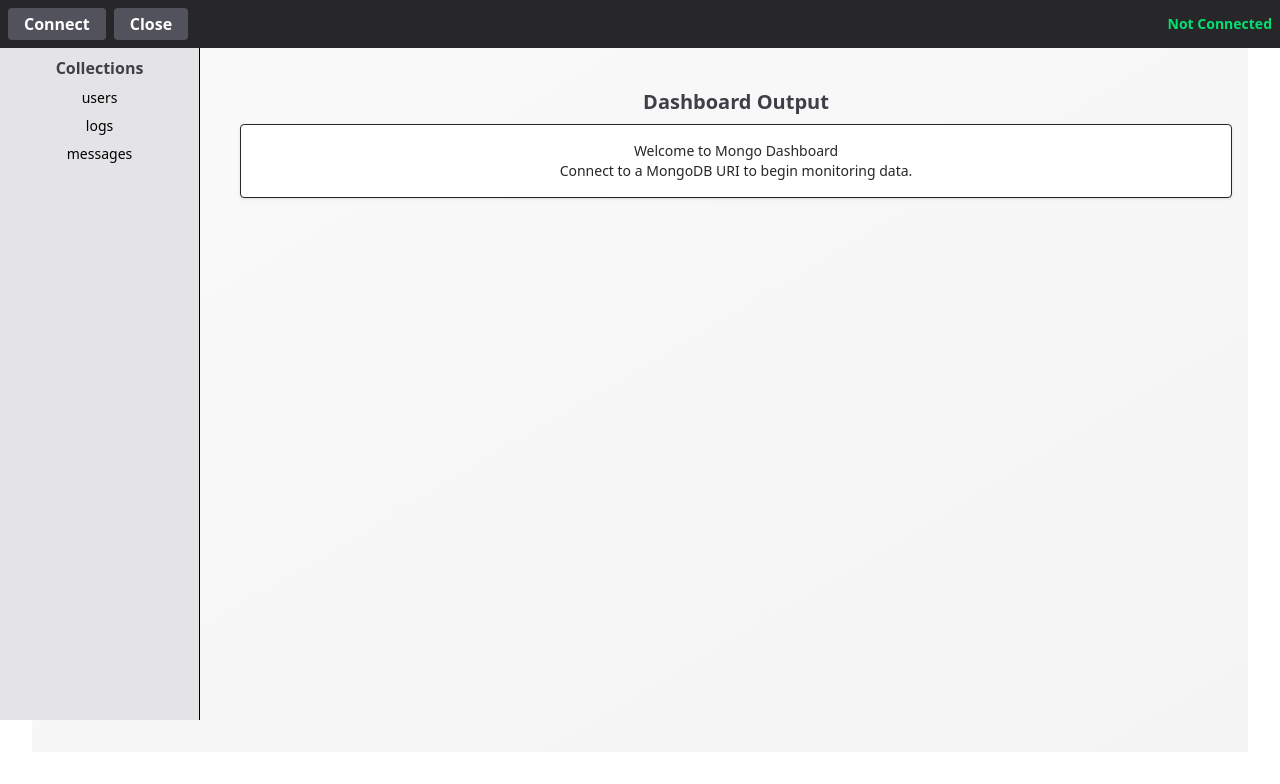
Repository: aryan151pratap/Dashboard
Page: / (app in frontened/)
The author's editor kept a copy of each file at every save. The page is drawn from the files as they stood at one save, then again after the next save.
The browser window is 1280 px wide. The pictures show the whole page.
The project was rebuilt for these pictures with package versions that can differ from the ones it lists, and the page was loaded fresh each time. Also part of the build but not shown: frontened/vite.config.js, frontened/src/component/connect.jsx.

Above is the page before, as saved 2025-06-24 13:50:49.

### frontened/index.html
<!doctype html>
<html lang="en">
  <head>
    <meta charset="UTF-8" />
    <link rel="icon" type="image/svg+xml" href="/vite.svg" />
    <meta name="viewport" content="width=device-width, initial-scale=1.0" />
    <title>Dashboard</title>
    <script src="https://cdn.jsdelivr.net/npm/@tailwindcss/browser@4"></script>

  </head>
  <body>
    <div id="root"></div>
    <script type="module" src="/src/main.jsx"></script>
  </body>
</html>

### frontened/src/App.jsx
import { useState } from 'react'
import './App.css'
import Dashboard from './component/dashboard'

function App() {

  return (
    <>
    <div className='h-screen w-full'>
      <Dashboard/>
    </div>
    </>
  )
}

export default App

### frontened/src/component/dashboard.jsx
import Bar from "./bar";

function Dashboard(){
	return(
		<>
		<div className="h-full w-full bg-gradient-to-br from-zinc-50 to-zinc-100">
			<Bar/>
		</div>
		</>
	)
}

export default Dashboard;

### frontened/src/component/bar.jsx
import { useState } from "react";
import Connect from "./connect";

function Bar() {
  const [buttons] = useState(["connect", "close"]);
  const [showModal, setShowModal] = useState(false);
  const [uri, setUri] = useState("");
  const [connected, setConnected] = useState(false);

  return (
    <div>
		{/* Top Navbar */}
		<div className="w-full fixed top-0 left-0 flex justify-between items-center p-2 bg-zinc-800 text-white z-10">
			<div className="flex gap-2">
			{buttons.map((i, index) => (
				<button
				key={index}
				onClick={() => i === "connect" && setShowModal(true)}
				className="capitalize font-semibold bg-zinc-600 px-4 py-1 rounded hover:bg-zinc-700"
				>
				{i}
				</button>
			))}
			</div>
			<p className="font-semibold text-green-400 text-sm">
			{connected ? "Connected" : "Not Connected"}
			</p>
		</div>

		<div className="h-screen flex sm:flex-col md:flex-col flex-row">
			<div className="h-fit sm:h-full w-full pt-12 sm:w-48 md:w-50 bg-zinc-200 absolute sm:fixed md:fixed left-0 top-0 border-r">
				<p className="text-center font-bold p-2 text-zinc-700">Collections</p>
				<ul className="px-4 text-sm space-y-2">
					<li className="hover:underline cursor-pointer">users</li>
					<li className="hover:underline cursor-pointer">logs</li>
					<li className="hover:underline cursor-pointer">messages</li>
				</ul>
			</div>

			{/* Main Content */}
			<div className="sm:ml-48 pt-14 p-4">
				<h1 className="text-xl font-bold mb-2 text-zinc-700">Dashboard Output</h1>
				<div className="bg-white p-4 border rounded shadow text-sm text-zinc-800">
				<p>Welcome to Mongo Dashboard</p>
				<p>Connect to a MongoDB URI to begin monitoring data.</p>
				</div>
			</div>
		</div>

		{/* Connect Modal */}
		{showModal && (
			<Connect
				uri={uri}
				setUri={setUri}
				setConnected={setConnected}
				setShowModal={setShowModal}
			/>
		)}
    </div>
  );
}

export default Bar;

Loaded but not shown: frontened/src/main.jsx (common file); frontened/src/App.css (common file)

After the next save:
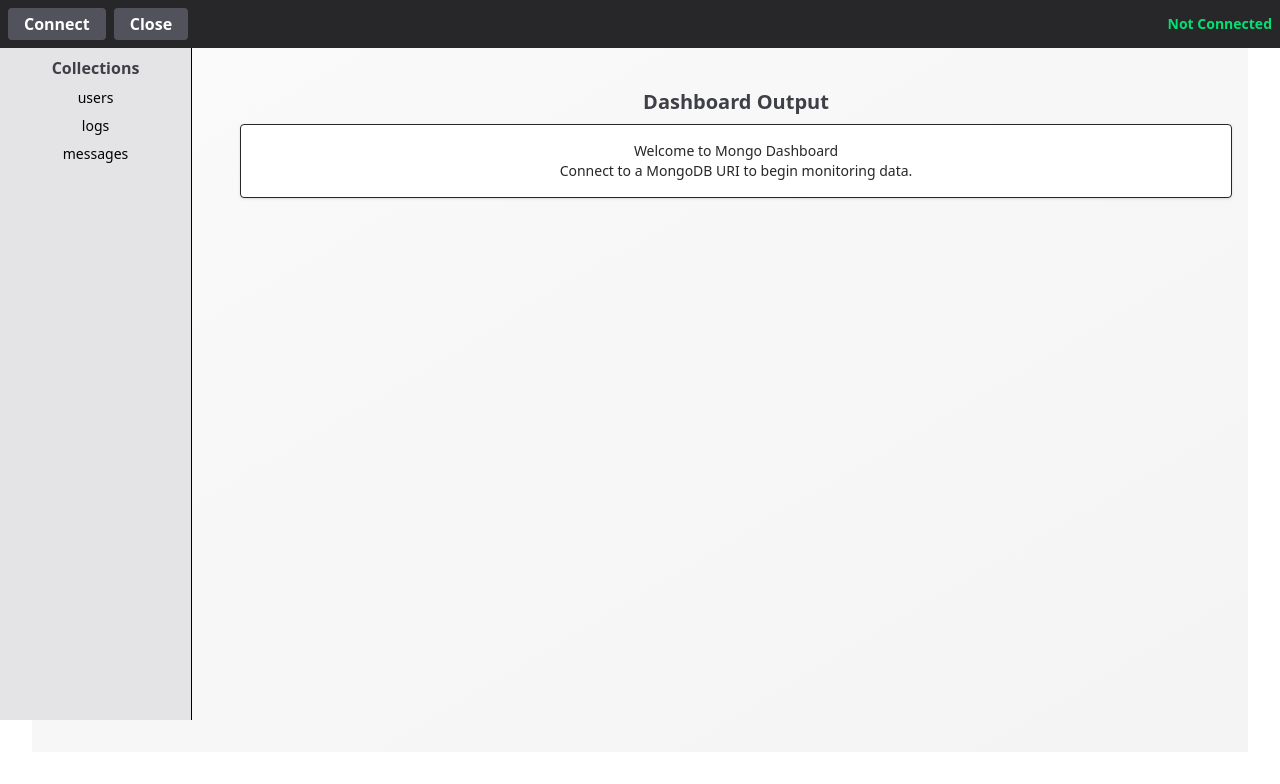
Saved 21 s later.
--- a/frontened/src/component/bar.jsx
+++ b/frontened/src/component/bar.jsx
@@ -28,7 +28,7 @@
 		</div>
 
 		<div className="h-screen flex sm:flex-col md:flex-col flex-row">
-			<div className="h-fit sm:h-full w-full pt-12 sm:w-48 md:w-50 bg-zinc-200 absolute sm:fixed md:fixed left-0 top-0 border-r">
+			<div className="h-fit sm:h-full w-full pt-12 sm:w-48 bg-zinc-200 absolute sm:fixed md:fixed left-0 top-0 border-r">
 				<p className="text-center font-bold p-2 text-zinc-700">Collections</p>
 				<ul className="px-4 text-sm space-y-2">
 					<li className="hover:underline cursor-pointer">users</li>

After the 2 saves that followed:
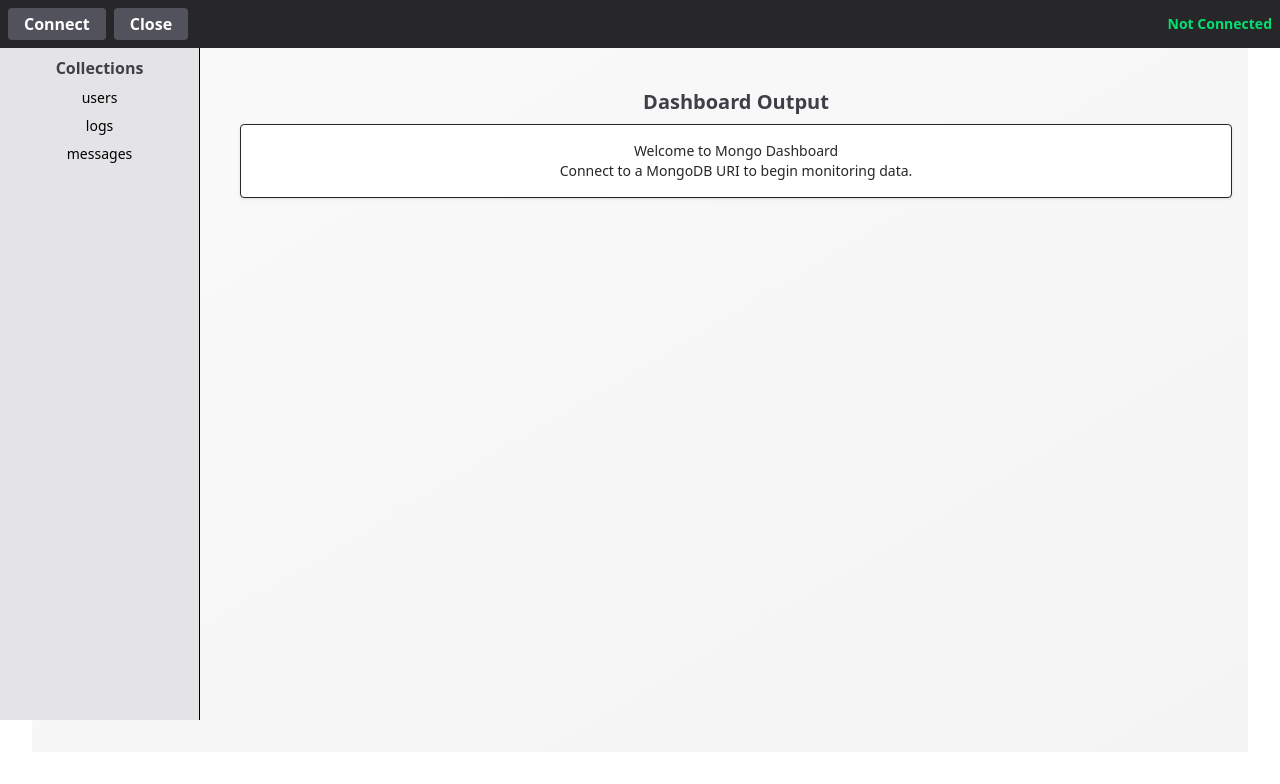
The 2 saves are shown as one change because 1 left the picture as it was.
The last was saved 38 s later.
--- a/frontened/src/component/bar.jsx
+++ b/frontened/src/component/bar.jsx
@@ -28,7 +28,7 @@
 		</div>
 
 		<div className="h-screen flex sm:flex-col md:flex-col flex-row">
-			<div className="h-fit sm:h-full w-full pt-12 sm:w-48 bg-zinc-200 absolute sm:fixed md:fixed left-0 top-0 border-r">
+			<div className="h-fit sm:h-full w-full pt-12 sm:w-48 md:w-50 bg-zinc-200 absolute sm:fixed left-0 top-0 border-r">
 				<p className="text-center font-bold p-2 text-zinc-700">Collections</p>
 				<ul className="px-4 text-sm space-y-2">
 					<li className="hover:underline cursor-pointer">users</li>
